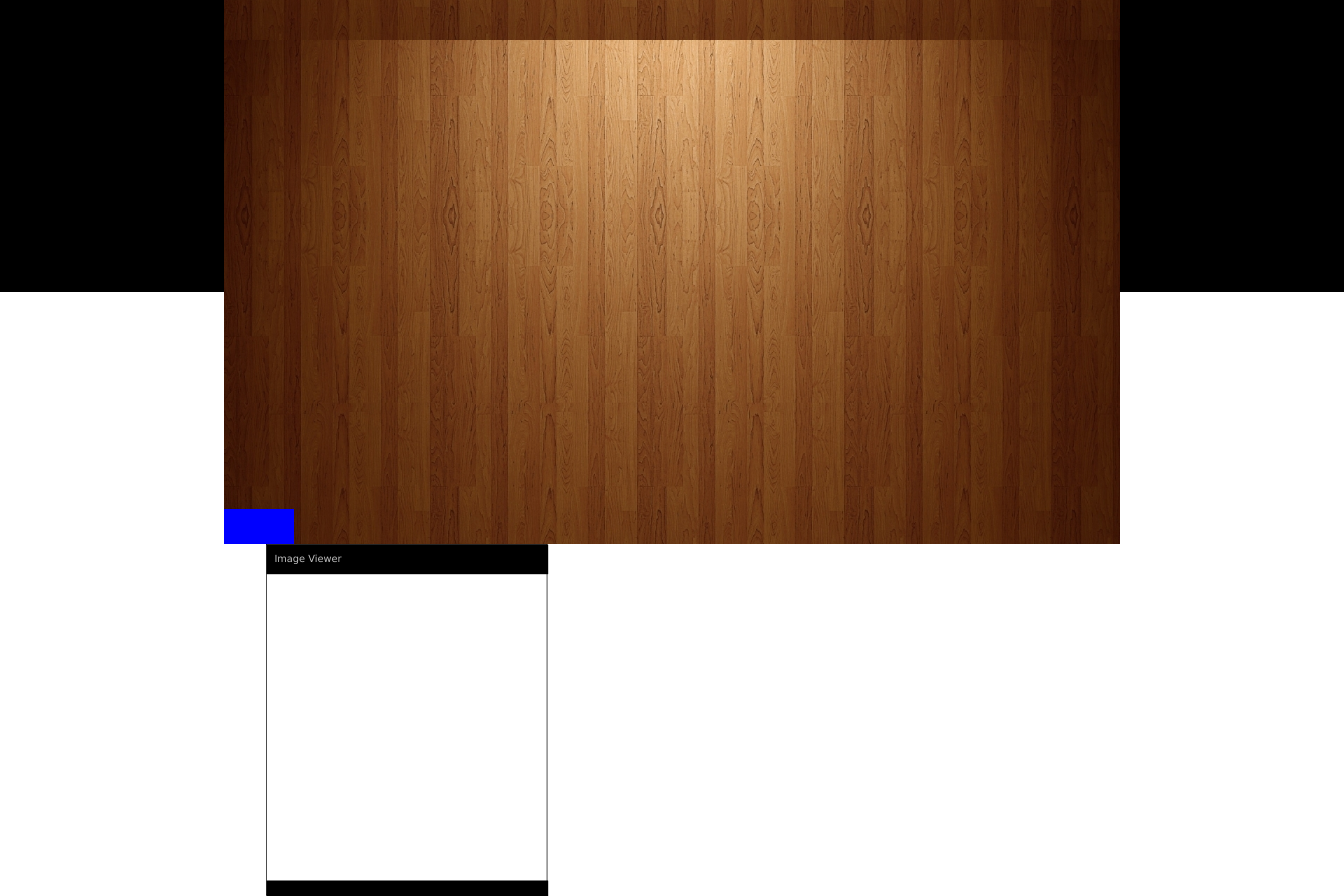
Repository: pe22dw/1dv403-laborationer
Page: 5-pwd/index.html
The author's editor kept a record of every edit. The page is drawn from the files as they stood at one moment, then again after the next edit.
The browser window is 1280 px wide. The page is 1920 px wide, so the pictures cover 1920 px, including what lies to the right of the window. The pictures show the part of the page from y = 713 to 1993 px (the page is 1993 px tall), at 70% of full size.
After loading, the first visible `#button` was clicked once.

Above is the page before.

After the next edit:
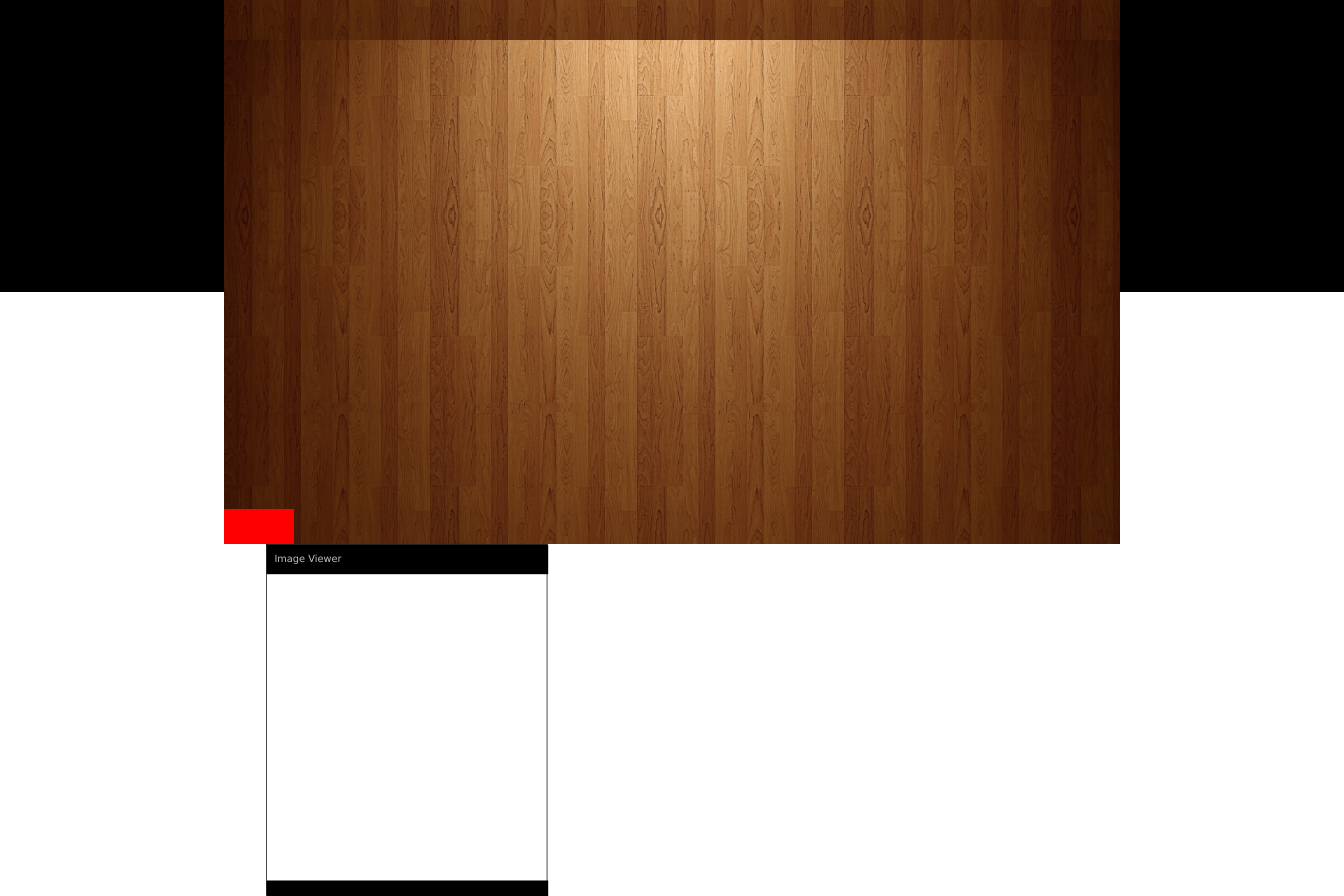
The edit:
--- a/5-pwd/script/desktop.js
+++ b/5-pwd/script/desktop.js
@@ -22,6 +22,7 @@
       myContainer.appendChild(myDesktop);
 
       myButton.addEventListener("click", function() {
+        myButton.setAttribute("id", "buttonclicked");
         Desktop.openWindow(myDesktop)}, false);
     },
 
